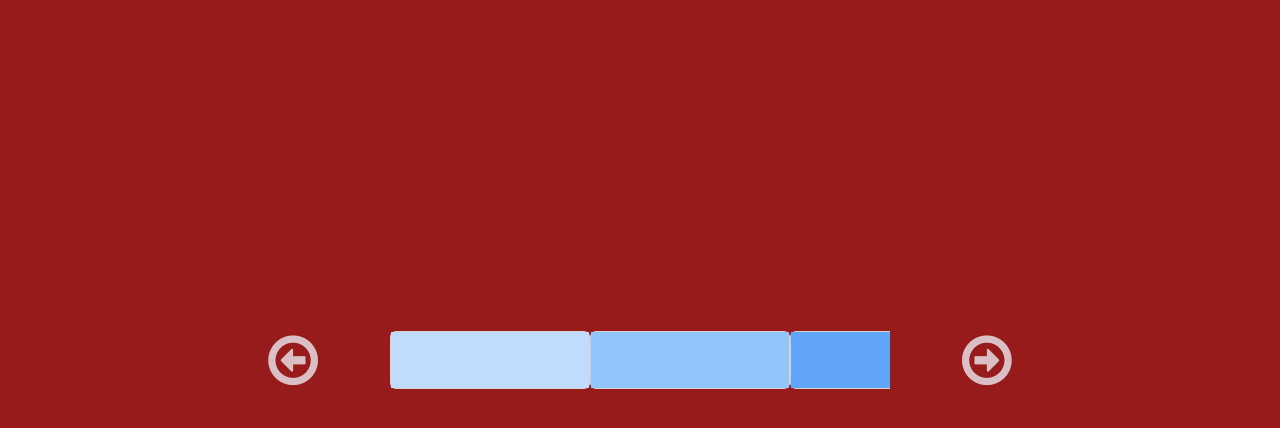
Repository: go23rishu/BagsWebsite
Page: bucketbagcarousel.html
An editor plug-in stored every save of this project. The page is shown before and after the next save, followed by the edit.
The browser window is 1280 px wide. The pictures show the whole page.
Some web fonts or font styles are not loaded; a fallback is used. Some web libraries are served in a nearby version.

Above is the page before, as saved 2023-06-21 14:16:17.

### bucketbagcarousel.html
<!DOCTYPE html>
<html lang="en">

<head>
  <meta charset="UTF-8">
  <title>CodePen - Simple vanilla js carousel</title>
  <script src="https://cdn.tailwindcss.com"></script>
  <link rel="stylesheet" href="./bucketbagcarousel.css">
  <link rel="stylesheet" href="https://cdn.jsdelivr.net/npm/@fortawesome/fontawesome-free@6.2.1/css/fontawesome.min.css"
    integrity="sha384-QYIZto+st3yW+o8+5OHfT6S482Zsvz2WfOzpFSXMF9zqeLcFV0/wlZpMtyFcZALm" crossorigin="anonymous">
  <!-- Latest compiled and minified CSS -->
  <link href="https://cdn.jsdelivr.net/npm/bootstrap@5.2.3/dist/css/bootstrap.min.css" rel="stylesheet">
  <!-- Latest compiled JavaScript -->
  <script src="https://cdn.jsdelivr.net/npm/bootstrap@5.2.3/dist/js/bootstrap.bundle.min.js"></script>
  <link rel="stylesheet" href="https://cdnjs.cloudflare.com/ajax/libs/font-awesome/4.7.0/css/font-awesome.min.css">
  <link rel="preconnect" href="https://fonts.googleapis.com">
  <link rel="preconnect" href="https://fonts.gstatic.com" crossorigin>
  <link
    href="https://fonts.googleapis.com/css2?family=Italiana&family=Kumbh+Sans:wght@200;300;400;500;600;700;800;900&display=swap"
    rel="stylesheet">
  <link href="https://fonts.googleapis.com/css2?family=Italiana&display=swap" rel="stylesheet">
</head>

<body>
  <!-- partial:index.partial.html -->

  <div class="h-screen grid place-content-center carousel">

    <section class="flex">
      <div class="h-fit my-auto mx-2">
        <button id="prev">
          <i class="fa fa-arrow-circle-o-left" aria-hidden="true"></i> </button>
      </div>
      <div id="slider" class="w-[500px] flex overflow-hidden h-[300px]scroll-smooth">

        <div id="slider-container" class="flex">
          <article class="card w-[200px] ">
            <div class="w-full h-full bg-blue-200"></div>
          </article>
          <article class="card w-[200px] ">
            <div class="w-full h-full bg-blue-300"></div>
          </article>
          <article class="card w-[200px] ">
            <div class="w-full h-full bg-blue-400"></div>
          </article>
          <article class="card w-[200px] ">
            <div class="w-full h-full bg-blue-500"></div>
          </article>
          <article class="card w-[200px] ">
            <div class="w-full h-full bg-blue-600"></div>
          </article>
          <article class="card w-[200px] ">
            <div class="w-full h-full bg-blue-700"></div>
          </article>
          <article class="card w-[200px] ">
            <div class="w-full h-full bg-blue-800"></div>
          </article>
          <article class="card w-[200px] ">
            <div class="w-full h-full bg-blue-900 grid content-center text-center">
              <p class="text-3xl font-bold">JS is fun ! :D</p>
            </div>
          </article>
        </div>


      </div>
      <div class="h-fit my-auto mx-2">
        <button id="next"> <i class="fa fa-arrow-circle-o-right" aria-hidden="true"></i> </button>
      </div>
    </section>


    <style>
      .slider {
        scrollbar-width: none;
        /* Firefox */
        -ms-overflow-style: none;
        /* Internet Explorer 10+ */
      }

      /* WebKit */
      .slider::-webkit-scrollbar {
        width: 0;
        height: 0;
      }
    </style>





  </div>
  <!-- partial -->
  <script src="./bucketbagcarousel.js"></script>

</body>

</html>

### bucketbagcarousel.css
.carousel {
  background-color: #971b1b;
}
#prev i,
#next i {
  font-size: 58px;
  color: rgba(240, 248, 255, 0.749);
  font-weight: 200;
  padding: 0vh 5vw;
}
.card {
  background-color: none !important;
  font-family: "Kumbh Sans", sans-serif;
}
.carousel h1 {
  color: white;
  font-size: 25px;
  margin-top: 10px;
  font-weight: 600;
}
.carousel p {
  font-size: 16px;
  /* width: 100px; */
  color: rgba(255, 255, 255, 0.449);
  margin-top: 10px;
  width: 300px;
  margin-left: 20%;
}
.carousel label {
  font-size: 22px;
  color: whitesmoke;
  font-weight: 600;
}
.carousel .add-to-cart-carousel {
  background-color: orange;
  color: white;
  font-size: 14px;
  padding: 5px 5px;
  width: 120px;
  border: none;
  border-radius: 5px;
  margin-left: 38%;
  margin-top: 15px;
}

### bucketbagcarousel.js
const slidesContainer = document.querySelector('#slider')
const cards = document.querySelectorAll(".card");
const cardWidth = document.querySelector(".card").clientWidth
const prevButton = document.getElementById("prev");
const nextButton = document.getElementById("next");

let currentCard = 0

nextButton.addEventListener("click", (event) => {
  if(currentCard < cards.length - 1){
     currentCard += 1
  }else{
    currentCard = 0
  }

  slidesContainer.scrollLeft = cardWidth * currentCard
});

prevButton.addEventListener("click", (event) => {
   if(currentCard > 0){
     currentCard -= 1
   }else{
     currentCard = cards.length - 1
   }

  slidesContainer.scrollLeft = cardWidth * currentCard
});

After the next save:
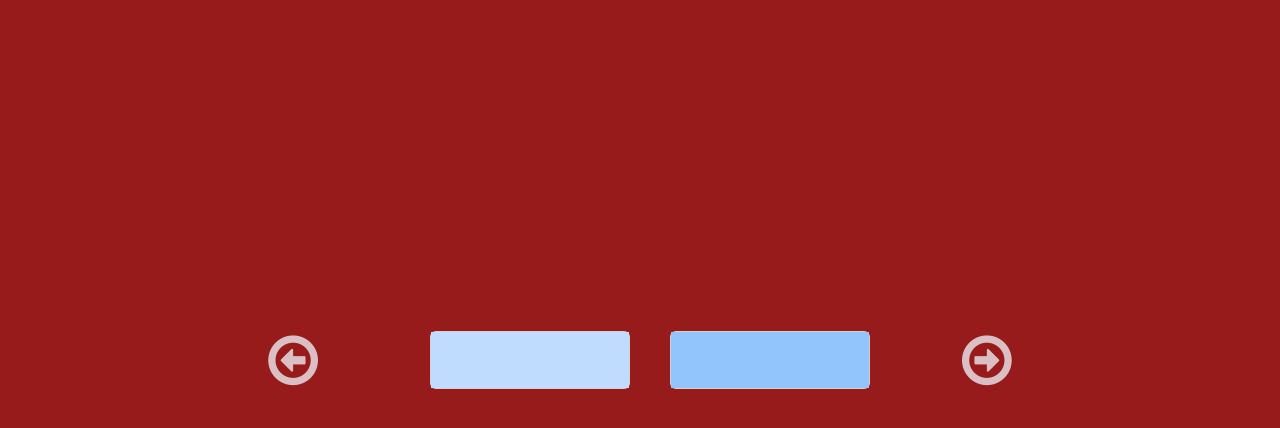
Saved 18 s later.
--- a/bucketbagcarousel.html
+++ b/bucketbagcarousel.html
@@ -34,28 +34,28 @@
       <div id="slider" class="w-[500px] flex overflow-hidden h-[300px]scroll-smooth">
 
         <div id="slider-container" class="flex">
-          <article class="card w-[200px] ">
+          <article class="card w-[200px] ml-10">
             <div class="w-full h-full bg-blue-200"></div>
           </article>
-          <article class="card w-[200px] ">
+          <article class="card w-[200px] ml-10">
             <div class="w-full h-full bg-blue-300"></div>
           </article>
-          <article class="card w-[200px] ">
+          <article class="card w-[200px] ml-10">
             <div class="w-full h-full bg-blue-400"></div>
           </article>
-          <article class="card w-[200px] ">
+          <article class="card w-[200px] ml-10">
             <div class="w-full h-full bg-blue-500"></div>
           </article>
-          <article class="card w-[200px] ">
+          <article class="card w-[200px] ml-10">
             <div class="w-full h-full bg-blue-600"></div>
           </article>
-          <article class="card w-[200px] ">
+          <article class="card w-[200px] ml-10">
             <div class="w-full h-full bg-blue-700"></div>
           </article>
-          <article class="card w-[200px] ">
+          <article class="card w-[200px] ml-10">
             <div class="w-full h-full bg-blue-800"></div>
           </article>
-          <article class="card w-[200px] ">
+          <article class="card w-[200px] ml-10">
             <div class="w-full h-full bg-blue-900 grid content-center text-center">
               <p class="text-3xl font-bold">JS is fun ! :D</p>
             </div>

After the save that followed:
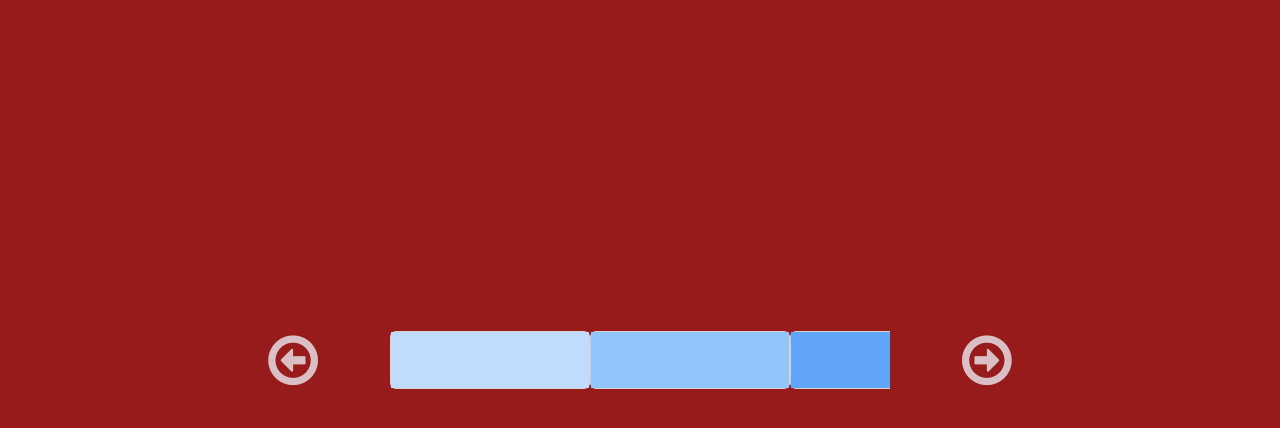
Saved 7 s later.
--- a/bucketbagcarousel.html
+++ b/bucketbagcarousel.html
@@ -34,28 +34,28 @@
       <div id="slider" class="w-[500px] flex overflow-hidden h-[300px]scroll-smooth">
 
         <div id="slider-container" class="flex">
-          <article class="card w-[200px] ml-10">
+          <article class="card w-[200px] ml-15">
             <div class="w-full h-full bg-blue-200"></div>
           </article>
-          <article class="card w-[200px] ml-10">
+          <article class="card w-[200px] ml-15">
             <div class="w-full h-full bg-blue-300"></div>
           </article>
-          <article class="card w-[200px] ml-10">
+          <article class="card w-[200px] ml-15">
             <div class="w-full h-full bg-blue-400"></div>
           </article>
-          <article class="card w-[200px] ml-10">
+          <article class="card w-[200px] ml-15">
             <div class="w-full h-full bg-blue-500"></div>
           </article>
-          <article class="card w-[200px] ml-10">
+          <article class="card w-[200px] ml-15">
             <div class="w-full h-full bg-blue-600"></div>
           </article>
-          <article class="card w-[200px] ml-10">
+          <article class="card w-[200px] ml-15">
             <div class="w-full h-full bg-blue-700"></div>
           </article>
-          <article class="card w-[200px] ml-10">
+          <article class="card w-[200px] ml-15">
             <div class="w-full h-full bg-blue-800"></div>
           </article>
-          <article class="card w-[200px] ml-10">
+          <article class="card w-[200px] ml-15">
             <div class="w-full h-full bg-blue-900 grid content-center text-center">
               <p class="text-3xl font-bold">JS is fun ! :D</p>
             </div>
